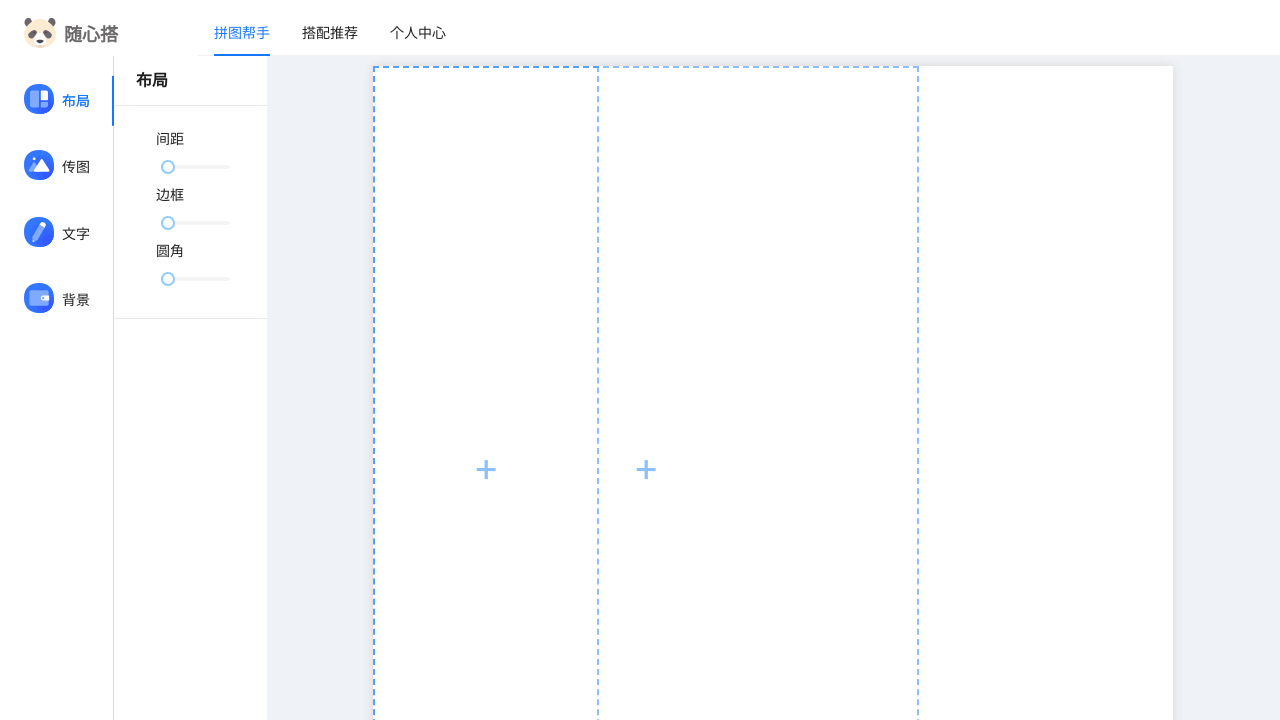
Repository: zzq1101921989/low-code
Page: /
An editor plug-in stored every save of this project. The page is shown before and after the next save, followed by the edit.
The browser window is 1280 px wide. The pictures show the whole page.
The project was rebuilt for these pictures with package versions that can differ from the ones it lists, and the page was loaded fresh each time. Also part of the build but not shown: vite.config.ts, src/pages/admin/index.tsx, src/components/icon/ClothesIcon.tsx, src/components/icon/HairIcon.tsx, src/components/icon/PantsIcon.tsx, src/components/icon/ShoeIcon.tsx, src/pages/recommend/index.tsx.

Above is the page before, as saved 2023-05-28 11:35:31.

After the next save:
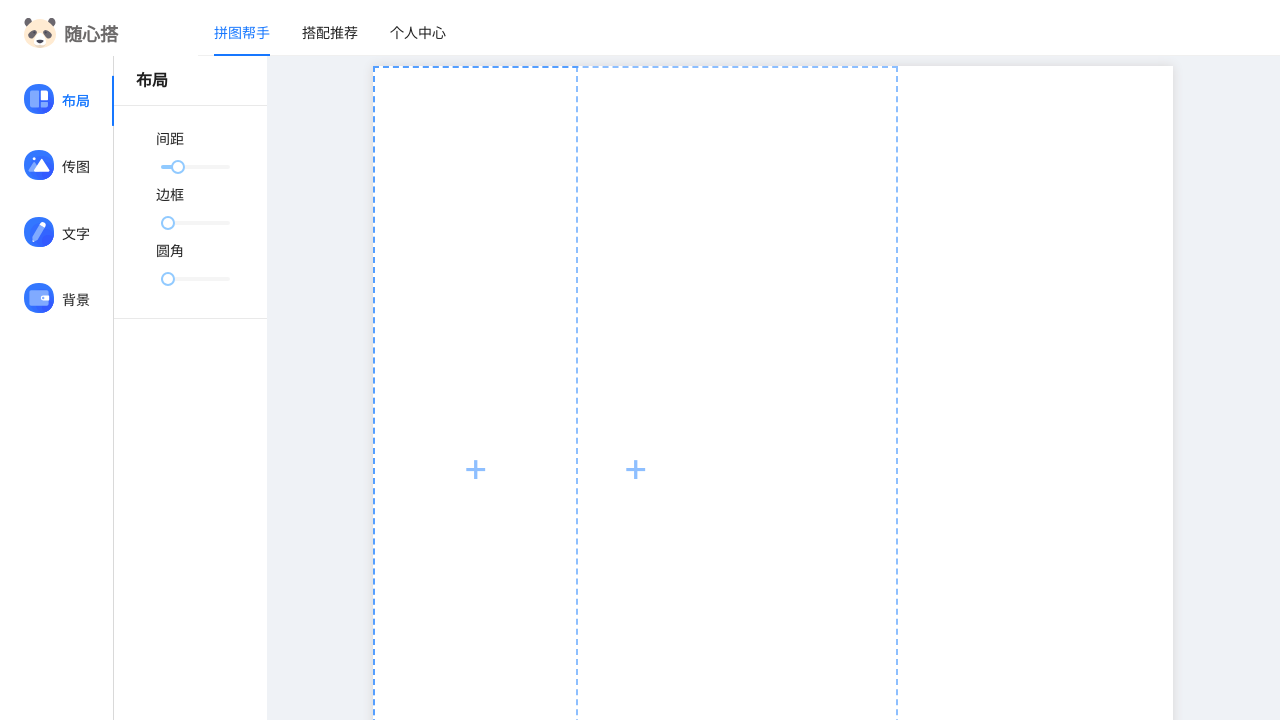
Saved 19 s later.
--- a/src/pages/home/index.tsx
+++ b/src/pages/home/index.tsx
@@ -11,7 +11,7 @@ const maxBorder = 0
 
 const Home: FC = () => {
 
-  const [ paddingPercentage, setPaddingPercentage ] = useState(10)
+  const [ paddingPercentage, setPaddingPercentage ] = useState(25)
 
   // 当前计算出来的间距是多少
   const padding = Math.round(maxPedding * (paddingPercentage / 100))
